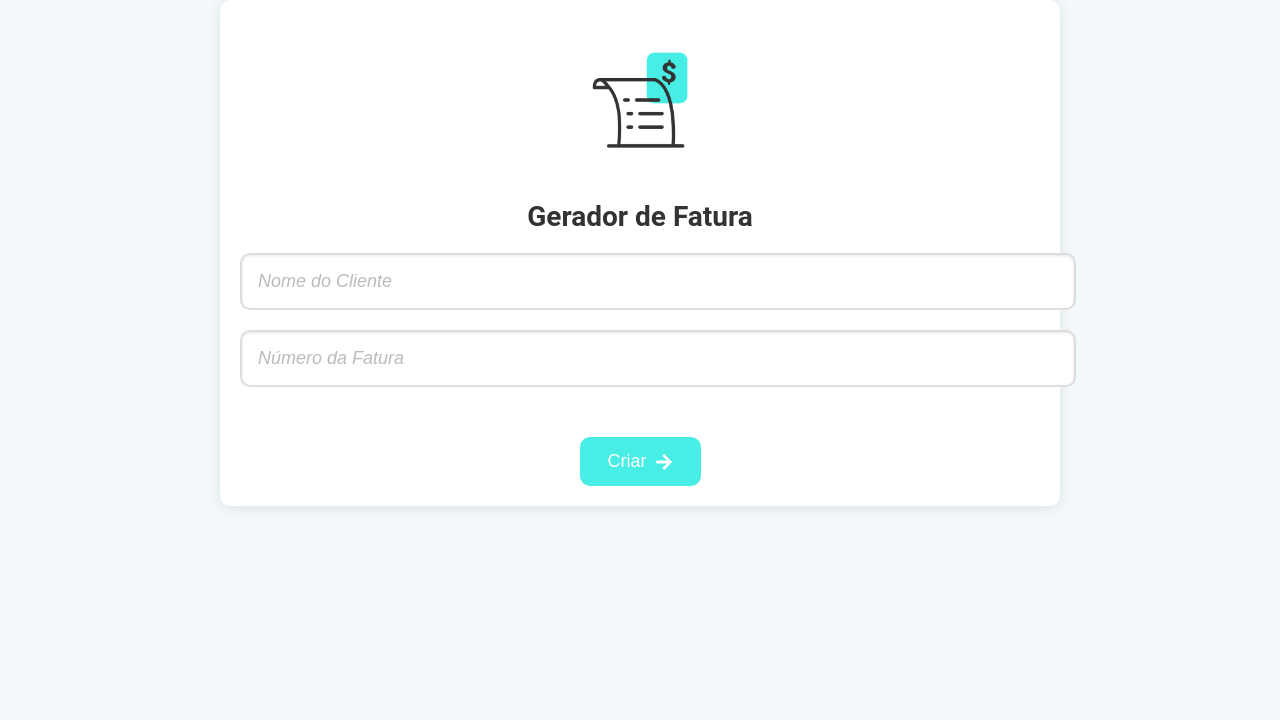
Repository: devthmedu/Invoice-Generator
Page: /
These files come from the project's save history. The page is drawn as it stood at one moment and after the next save; the edit follows.
The browser window is 1280 px wide. The pictures show the whole page.
The project was rebuilt for these pictures with package versions that can differ from the ones it lists, and the page was loaded fresh each time. Also part of the build but not shown: vite.config.js, src/Componete/Template.jsx.

Above is the page before, as saved 2024-07-16 19:34:32.

### index.html
<!DOCTYPE html>
<html lang="pt-BR">

<head>
  <meta charset="UTF-8" />
  <meta name="viewport" content="width=device-width, initial-scale=1.0" />
  <meta name="description" content="Gere sua fatura de forma simples e rápida com nosso gerador de faturas em React." />
  <meta name="keywords" content="fatura, gerador de faturas, React, financeiro" />
  <meta name="author" content="Thomas Eduardo" />
  <link rel="stylesheet" href="./src/App.css">
  <link rel="icon" href="./public/logo.png" />
  <title>Gere sua Fatura</title>
</head>


<body>
  <div id="root"></div>
  <script type="module" src="./src/main.jsx"></script>
</body>

</html>

### src/App.css
body {
  font-family: 'Roboto', sans-serif; /* Fonte moderna */
  background-color: #f4f9fc; /* Fundo suave */
  margin: 0;
  padding: 0;
}

.container {
  max-width: 600px; /* Largura aumentada para melhor usabilidade */
  margin: 100px auto; /* Centralização */
  padding: 40px 30px; /* Adicionando padding */
  background: white; /* Estilo de cartão */
  border-radius: 20px; /* Cantos arredondados mais pronunciados */
  box-shadow: 0 8px 30px rgba(0, 0, 0, 0.2); /* Sombra mais profunda */
  transition: transform 0.3s; /* Transição suave */
}

.container:hover {
  transform: translateY(-5px); /* Efeito de elevação ao passar o mouse */
}

.logo {
  display: block;
  margin: 0 auto 20px; /* Centraliza o logo */
  max-width: 160px; /* Ajusta o tamanho do logo */
}

.title {
  text-align: center;
  color: #333; /* Texto mais escuro */
  font-size: 28px; /* Tamanho de fonte aumentado */
  margin-bottom: 20px; /* Espaço abaixo do título */
  font-weight: 700; /* Título em negrito */
}

.form {
  display: flex;
  flex-direction: column; /* Layout em coluna para os inputs */
}

.inputs {
  margin-bottom: 30px; /* Mais espaço abaixo dos inputs */
}

.input-field {
  padding: 16px; /* Padding confortável */
  border: 2px solid #ddd; /* Borda mais espessa */
  border-radius: 10px; /* Cantos arredondados */
  font-size: 18px; /* Tamanho de fonte maior */
  width: 100%; /* Largura total */
  box-shadow: inset 0 1px 3px rgba(0, 0, 0, 0.1); /* Sombra interna suave */
  transition: border-color 0.3s, box-shadow 0.3s; /* Transições suaves */
  margin-bottom: 20px; /* Espaço entre os inputs */
}

.input-field:focus {
  border-color: #48ede5; /* Cor de destaque ao focar */
  outline: none; /* Remove o contorno padrão */
  box-shadow: 0 0 5px rgba(72, 237, 229, 0.5); /* Efeito de brilho */
}

.input-field::placeholder {
  color: #bbb; /* Placeholder cinza claro */
  font-style: italic; /* Estilo itálico para o placeholder */
}

.buttons {
  display: flex;
  justify-content: center; /* Centraliza os botões */
}

.submit-button {
  background-color: #48ede5; /* Cor primária */
  color: white; /* Texto branco */
  border: none; /* Sem borda */
  border-radius: 10px; /* Cantos arredondados */
  padding: 14px 28px; /* Padding */
  font-size: 18px; /* Tamanho de fonte maior */
  cursor: pointer; /* Muda para ponteiro ao passar o mouse */
  transition: background 0.3s, transform 0.3s; /* Transições suaves */
  display: flex; /* Flex para alinhar ícone */
  align-items: center; /* Centraliza verticalmente */
}

.submit-button:hover {
  background-color: #36b4d3; /* Tom mais escuro ao passar o mouse */
  transform: scale(1.05); /* Efeito de zoom leve */
}

.submit-button:disabled {
  background-color: #c0c0c0; /* Cinza quando desabilitado */
  cursor: not-allowed; /* Cursor de não permitido */
}

.submit-button svg {
  margin-left: 8px; /* Espaço entre texto e ícone */
}

input:disabled {
  background-color: #f7f7f7; /* Fundo claro para desabilitados */
  color: #aaa; /* Texto mais claro */
}

### src/main.jsx
import React from 'react';
import ReactDOM from 'react-dom';
import App from './App';
import 'react-toastify/dist/ReactToastify.css';
import { ToastContainer } from 'react-toastify';

ReactDOM.render(
  <React.StrictMode>
    <ToastContainer />
    <App />
  </React.StrictMode>,
  document.getElementById('root'),
);

### src/App.jsx
import React, { useState, useEffect } from 'react';
import './App.css';
import TemplatePdf from './Componete/Template';
import { FaArrowRight } from 'react-icons/fa';
import { toast } from 'react-toastify';
import logo from '/logo.png';

function App() {
  const [numeroDaFatura, setNumeroDaFatura] = useState('');
  const [nomeCliente, setNomeCliente] = useState('');
  const [data, setData] = useState('');
  const [visualizar, setVisualizar] = useState(true);
  const [loading, setLoading] = useState(false);

  useEffect(() => {
    const atual = new Date();
    const dataFormatada = `${String(atual.getDate()).padStart(2, '0')}/${String(
      atual.getMonth() + 1,
    ).padStart(2, '0')}/${atual.getFullYear()}`;
    setData(dataFormatada);
  }, []);

  const criar = () => {
    if (!numeroDaFatura.match(/^[0-9]+$/)) {
      toast.error('Por favor, insira um número de fatura válido.');
      return;
    }
    if (!nomeCliente) {
      toast.error('Por favor, insira o nome do cliente.');
      return;
    }
    setLoading(true);
    setTimeout(() => {
      toast.success('Fatura criada com sucesso!');
      setLoading(false);
      setVisualizar(false);
    }, 500); // Simulando um delay para uma chamada de API
  };

  return (
    <>
      {visualizar ? (
        <div className="container">
          <img src={logo} alt="Logo" className="logo" />
          <h1 className="title">Gerador de Fatura</h1>
          <div className="form">
            <div className="inputs">
              <input
                type="text"
                placeholder="Nome do Cliente"
                value={nomeCliente}
                onChange={(e) => setNomeCliente(e.target.value)}
                disabled={loading} // Desabilita o input durante o carregamento
                className="input-field"
              />
              <input
                type="text"
                placeholder="Número da Fatura"
                value={numeroDaFatura}
                onChange={(e) => setNumeroDaFatura(e.target.value)}
                disabled={loading} // Desabilita o input durante o carregamento
                className="input-field"
              />
            </div>
            <div className="buttons">
              <button
                onClick={criar}
                disabled={loading}
                className="submit-button"
              >
                {loading ? 'Criando...' : 'Criar'} <FaArrowRight />
              </button>
            </div>
          </div>
        </div>
      ) : (
        <TemplatePdf
          NumeroDaFatura={numeroDaFatura}
          data={data}
          nomeCliente={nomeCliente}
        />
      )}
    </>
  );
}

export default App;

### src/Componete/Template.css
/* Container geral */
.container {
    max-width: 800px;
    margin: 0 auto;
    padding: 20px;
    background: #ffffff;
    border-radius: 10px;
    box-shadow: 0 2px 15px rgba(0, 0, 0, 0.1);
}

/* Logo */
.logo {
    text-align: center;
    margin-bottom: 20px;
}

.logo img {
    max-width: 100px;
}

/* Título */
h1 {
    text-align: center;
    color: #48ede5;
    font-size: 28px;
    margin-bottom: 20px;
}

/* Informações do cliente */
.client-info {
    margin-bottom: 20px;
    font-size: 16px;
    color: #333;
    padding: 10px;
    background-color: #f9f9f9;
    border-radius: 5px;
}

/* Método de pagamento */
.payment-method {
    margin-bottom: 20px;
}

.payment-method select {
    padding: 10px;
    border: 1px solid #ccc;
    border-radius: 5px;
    font-size: 16px;
}

/* Tabela */
.table {
    width: 100%;
    border-collapse: collapse;
    margin-top: 20px;
}

.table thead {
    background: #48ede5;
    color: #ffffff;
}

.table th, .table td {
    padding: 12px;
    text-align: left;
    border-bottom: 1px solid #ddd;
}

.table tbody tr:hover {
    background: #f1f1f1;
}

/* Notas */
.notes {
    margin-top: 20px;
    color: #333;
}

.notes strong {
    display: block;
    margin-bottom: 5px;
    font-weight: bold;
}

/* Botões */
.button-group {
    margin-top: 20px;
    display: flex;
    justify-content: space-between;
}

.print-button, .add-button, .remove-button {
    padding: 10px 15px;
    background: #48ede5;
    color: white;
    border: none;
    border-radius: 5px;
    cursor: pointer;
    transition: background 0.3s ease;
}

.print-button:hover, .add-button:hover, .remove-button:hover {
    background: #36b4d3;
}

/* Título do diálogo */
.dialog-title {
    display: flex;
    justify-content: space-between;
    align-items: center;
}

.dialog-title .hed {
    font-size: 1.5em;
    font-weight: bold;
    color: #48ede5;
}

/* Formulários */
.forms {
    display: flex;
    flex-direction: column;
}

.forms input {
    width: 100%;
    padding: 10px;
    margin: 5px 0;
    border: 1px solid #ccc;
    border-radius: 5px;
    transition: border-color 0.3s;
}

.forms input:focus {
    border-color: #48ede5;
    outline: none;
}

/* Ícones nos produtos */
.table td:first-child {
    display: flex;
    align-items: center;
}

.table td:first-child svg {
    margin-right: 8px; /* Espaçamento entre ícone e texto */
}

/* Estilo de remover produto */
.remove-button {
    background: transparent;
    color: #e74c3c; /* Cor do ícone de remover */
    border: none;
    cursor: pointer;
    display: flex;
    align-items: center;
}

.remove-button:hover {
    color: #c0392b; /* Cor ao passar o mouse */
}

After the next save:
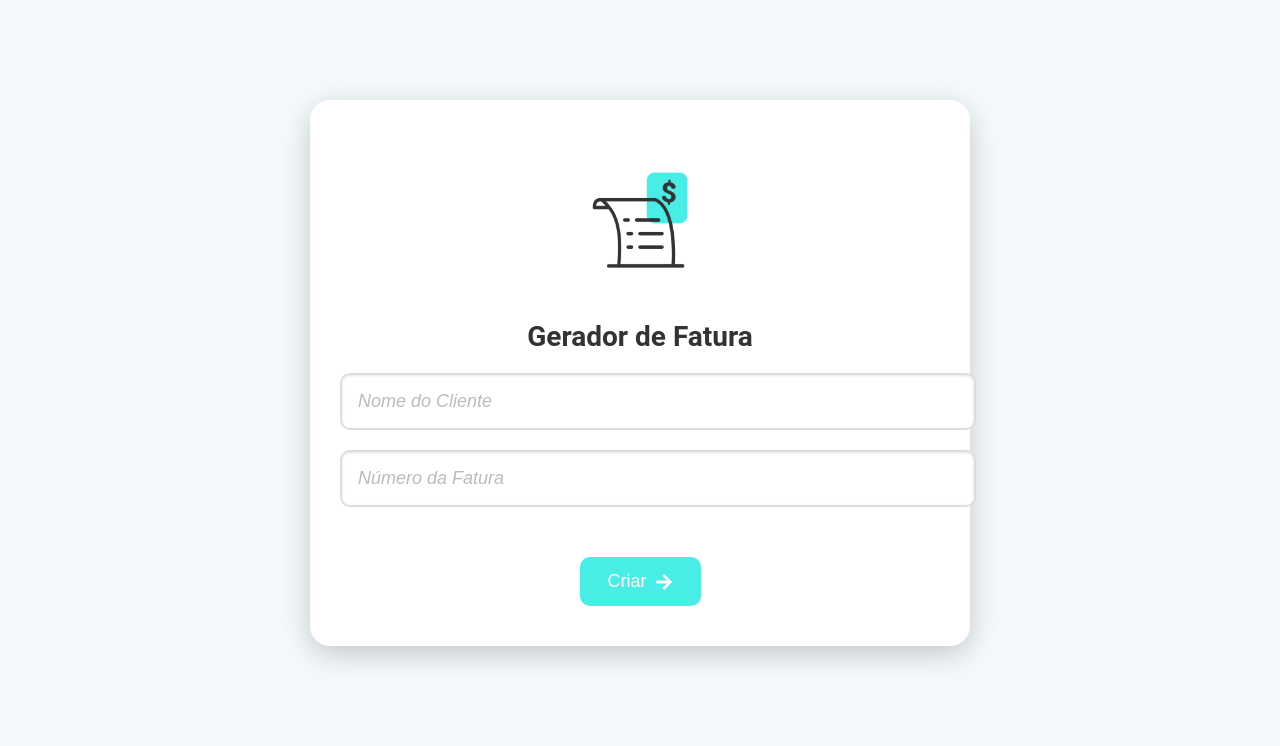
Saved 18 s later.
--- a/src/Componete/Template.css
+++ b/src/Componete/Template.css
@@ -159,3 +159,105 @@ h1 {
 .remove-button:hover {
     color: #c0392b; /* Cor ao passar o mouse */
 }
+body {
+  font-family: 'Roboto', sans-serif; /* Fonte moderna */
+  background-color: #f4f9fc; /* Fundo suave */
+  margin: 0;
+  padding: 0;
+}
+
+.container {
+  max-width: 600px; /* Largura aumentada para melhor usabilidade */
+  margin: 100px auto; /* Centralização */
+  padding: 40px 30px; /* Adicionando padding */
+  background: white; /* Estilo de cartão */
+  border-radius: 20px; /* Cantos arredondados mais pronunciados */
+  box-shadow: 0 8px 30px rgba(0, 0, 0, 0.2); /* Sombra mais profunda */
+  transition: transform 0.3s; /* Transição suave */
+}
+
+.container:hover {
+  transform: translateY(-5px); /* Efeito de elevação ao passar o mouse */
+}
+
+.logo {
+  display: block;
+  margin: 0 auto 20px; /* Centraliza o logo */
+  max-width: 160px; /* Ajusta o tamanho do logo */
+}
+
+.title {
+  text-align: center;
+  color: #333; /* Texto mais escuro */
+  font-size: 28px; /* Tamanho de fonte aumentado */
+  margin-bottom: 20px; /* Espaço abaixo do título */
+  font-weight: 700; /* Título em negrito */
+}
+
+.form {
+  display: flex;
+  flex-direction: column; /* Layout em coluna para os inputs */
+}
+
+.inputs {
+  margin-bottom: 30px; /* Mais espaço abaixo dos inputs */
+}
+
+.input-field {
+  padding: 16px; /* Padding confortável */
+  border: 2px solid #ddd; /* Borda mais espessa */
+  border-radius: 10px; /* Cantos arredondados */
+  font-size: 18px; /* Tamanho de fonte maior */
+  width: 100%; /* Largura total */
+  box-shadow: inset 0 1px 3px rgba(0, 0, 0, 0.1); /* Sombra interna suave */
+  transition: border-color 0.3s, box-shadow 0.3s; /* Transições suaves */
+  margin-bottom: 20px; /* Espaço entre os inputs */
+}
+
+.input-field:focus {
+  border-color: #48ede5; /* Cor de destaque ao focar */
+  outline: none; /* Remove o contorno padrão */
+  box-shadow: 0 0 5px rgba(72, 237, 229, 0.5); /* Efeito de brilho */
+}
+
+.input-field::placeholder {
+  color: #bbb; /* Placeholder cinza claro */
+  font-style: italic; /* Estilo itálico para o placeholder */
+}
+
+.buttons {
+  display: flex;
+  justify-content: center; /* Centraliza os botões */
+}
+
+.submit-button {
+  background-color: #48ede5; /* Cor primária */
+  color: white; /* Texto branco */
+  border: none; /* Sem borda */
+  border-radius: 10px; /* Cantos arredondados */
+  padding: 14px 28px; /* Padding */
+  font-size: 18px; /* Tamanho de fonte maior */
+  cursor: pointer; /* Muda para ponteiro ao passar o mouse */
+  transition: background 0.3s, transform 0.3s; /* Transições suaves */
+  display: flex; /* Flex para alinhar ícone */
+  align-items: center; /* Centraliza verticalmente */
+}
+
+.submit-button:hover {
+  background-color: #36b4d3; /* Tom mais escuro ao passar o mouse */
+  transform: scale(1.05); /* Efeito de zoom leve */
+}
+
+.submit-button:disabled {
+  background-color: #c0c0c0; /* Cinza quando desabilitado */
+  cursor: not-allowed; /* Cursor de não permitido */
+}
+
+.submit-button svg {
+  margin-left: 8px; /* Espaço entre texto e ícone */
+}
+
+input:disabled {
+  background-color: #f7f7f7; /* Fundo claro para desabilitados */
+  color: #aaa; /* Texto mais claro */
+}

After the save that followed:
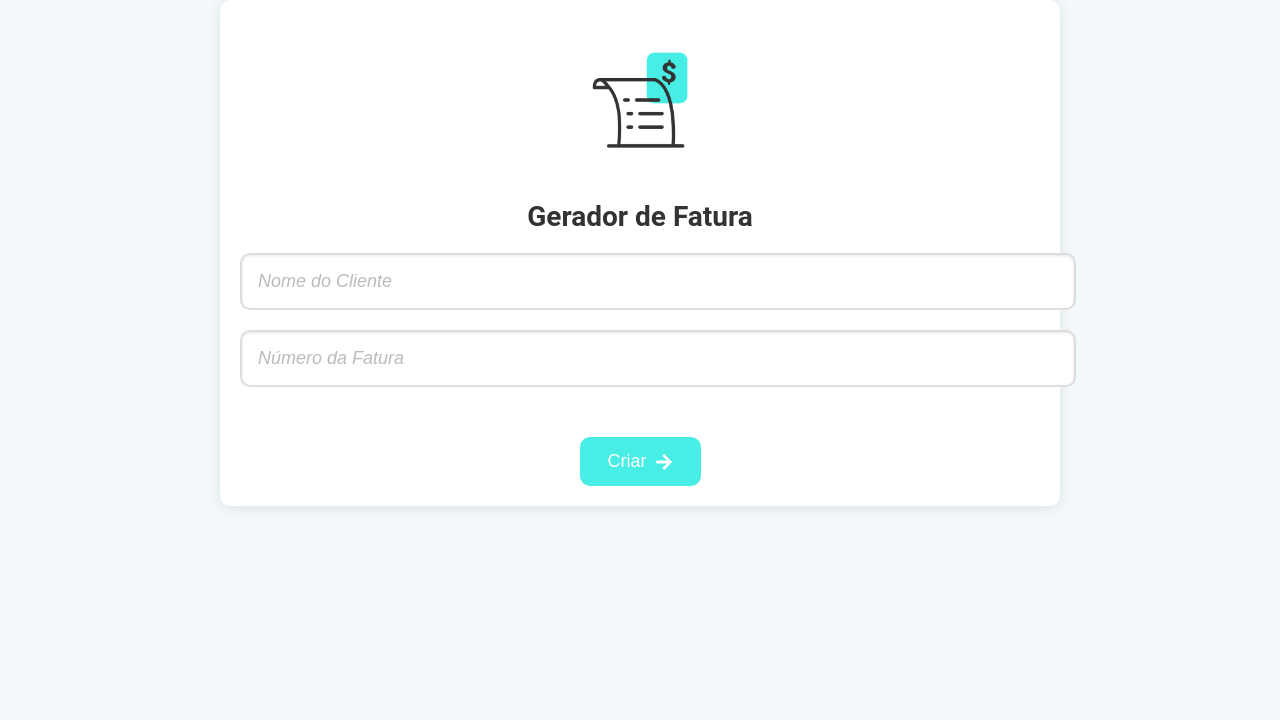
Saved 11 s later.
--- a/src/Componete/Template.css
+++ b/src/Componete/Template.css
@@ -159,105 +159,3 @@ h1 {
 .remove-button:hover {
     color: #c0392b; /* Cor ao passar o mouse */
 }
-body {
-  font-family: 'Roboto', sans-serif; /* Fonte moderna */
-  background-color: #f4f9fc; /* Fundo suave */
-  margin: 0;
-  padding: 0;
-}
-
-.container {
-  max-width: 600px; /* Largura aumentada para melhor usabilidade */
-  margin: 100px auto; /* Centralização */
-  padding: 40px 30px; /* Adicionando padding */
-  background: white; /* Estilo de cartão */
-  border-radius: 20px; /* Cantos arredondados mais pronunciados */
-  box-shadow: 0 8px 30px rgba(0, 0, 0, 0.2); /* Sombra mais profunda */
-  transition: transform 0.3s; /* Transição suave */
-}
-
-.container:hover {
-  transform: translateY(-5px); /* Efeito de elevação ao passar o mouse */
-}
-
-.logo {
-  display: block;
-  margin: 0 auto 20px; /* Centraliza o logo */
-  max-width: 160px; /* Ajusta o tamanho do logo */
-}
-
-.title {
-  text-align: center;
-  color: #333; /* Texto mais escuro */
-  font-size: 28px; /* Tamanho de fonte aumentado */
-  margin-bottom: 20px; /* Espaço abaixo do título */
-  font-weight: 700; /* Título em negrito */
-}
-
-.form {
-  display: flex;
-  flex-direction: column; /* Layout em coluna para os inputs */
-}
-
-.inputs {
-  margin-bottom: 30px; /* Mais espaço abaixo dos inputs */
-}
-
-.input-field {
-  padding: 16px; /* Padding confortável */
-  border: 2px solid #ddd; /* Borda mais espessa */
-  border-radius: 10px; /* Cantos arredondados */
-  font-size: 18px; /* Tamanho de fonte maior */
-  width: 100%; /* Largura total */
-  box-shadow: inset 0 1px 3px rgba(0, 0, 0, 0.1); /* Sombra interna suave */
-  transition: border-color 0.3s, box-shadow 0.3s; /* Transições suaves */
-  margin-bottom: 20px; /* Espaço entre os inputs */
-}
-
-.input-field:focus {
-  border-color: #48ede5; /* Cor de destaque ao focar */
-  outline: none; /* Remove o contorno padrão */
-  box-shadow: 0 0 5px rgba(72, 237, 229, 0.5); /* Efeito de brilho */
-}
-
-.input-field::placeholder {
-  color: #bbb; /* Placeholder cinza claro */
-  font-style: italic; /* Estilo itálico para o placeholder */
-}
-
-.buttons {
-  display: flex;
-  justify-content: center; /* Centraliza os botões */
-}
-
-.submit-button {
-  background-color: #48ede5; /* Cor primária */
-  color: white; /* Texto branco */
-  border: none; /* Sem borda */
-  border-radius: 10px; /* Cantos arredondados */
-  padding: 14px 28px; /* Padding */
-  font-size: 18px; /* Tamanho de fonte maior */
-  cursor: pointer; /* Muda para ponteiro ao passar o mouse */
-  transition: background 0.3s, transform 0.3s; /* Transições suaves */
-  display: flex; /* Flex para alinhar ícone */
-  align-items: center; /* Centraliza verticalmente */
-}
-
-.submit-button:hover {
-  background-color: #36b4d3; /* Tom mais escuro ao passar o mouse */
-  transform: scale(1.05); /* Efeito de zoom leve */
-}
-
-.submit-button:disabled {
-  background-color: #c0c0c0; /* Cinza quando desabilitado */
-  cursor: not-allowed; /* Cursor de não permitido */
-}
-
-.submit-button svg {
-  margin-left: 8px; /* Espaço entre texto e ícone */
-}
-
-input:disabled {
-  background-color: #f7f7f7; /* Fundo claro para desabilitados */
-  color: #aaa; /* Texto mais claro */
-}
